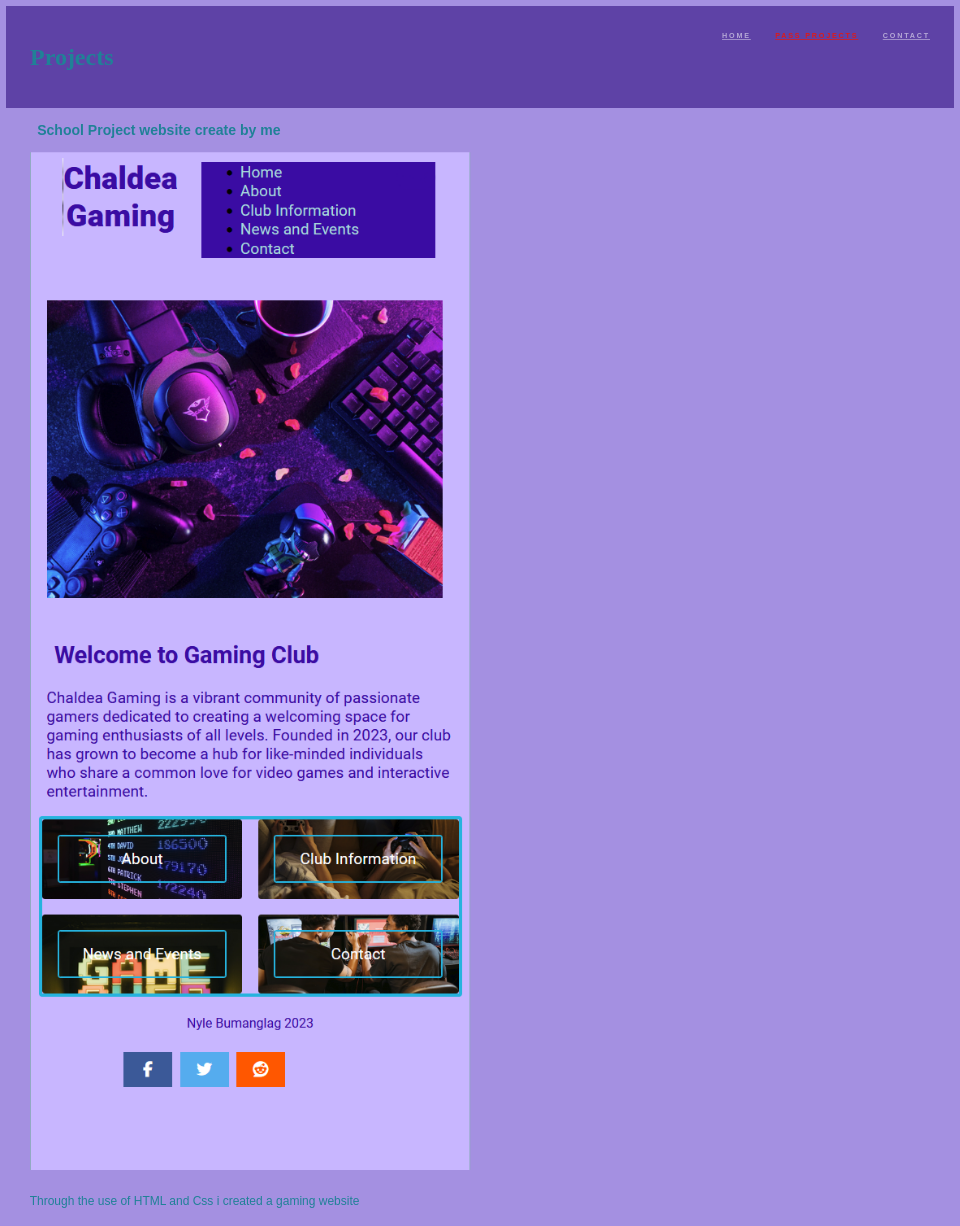
Repository: NyleNC/main
Page: projects.html
These files come from the project's save history. The page is drawn as it stood at one moment and after the next save; the edit follows.
The browser window is 1280 px wide. The pictures show the whole page, at 75% of full size.
Some web fonts or font styles are not loaded; a fallback is used.

Above is the page before, as saved 2024-11-07 00:49:25.

After the next save:
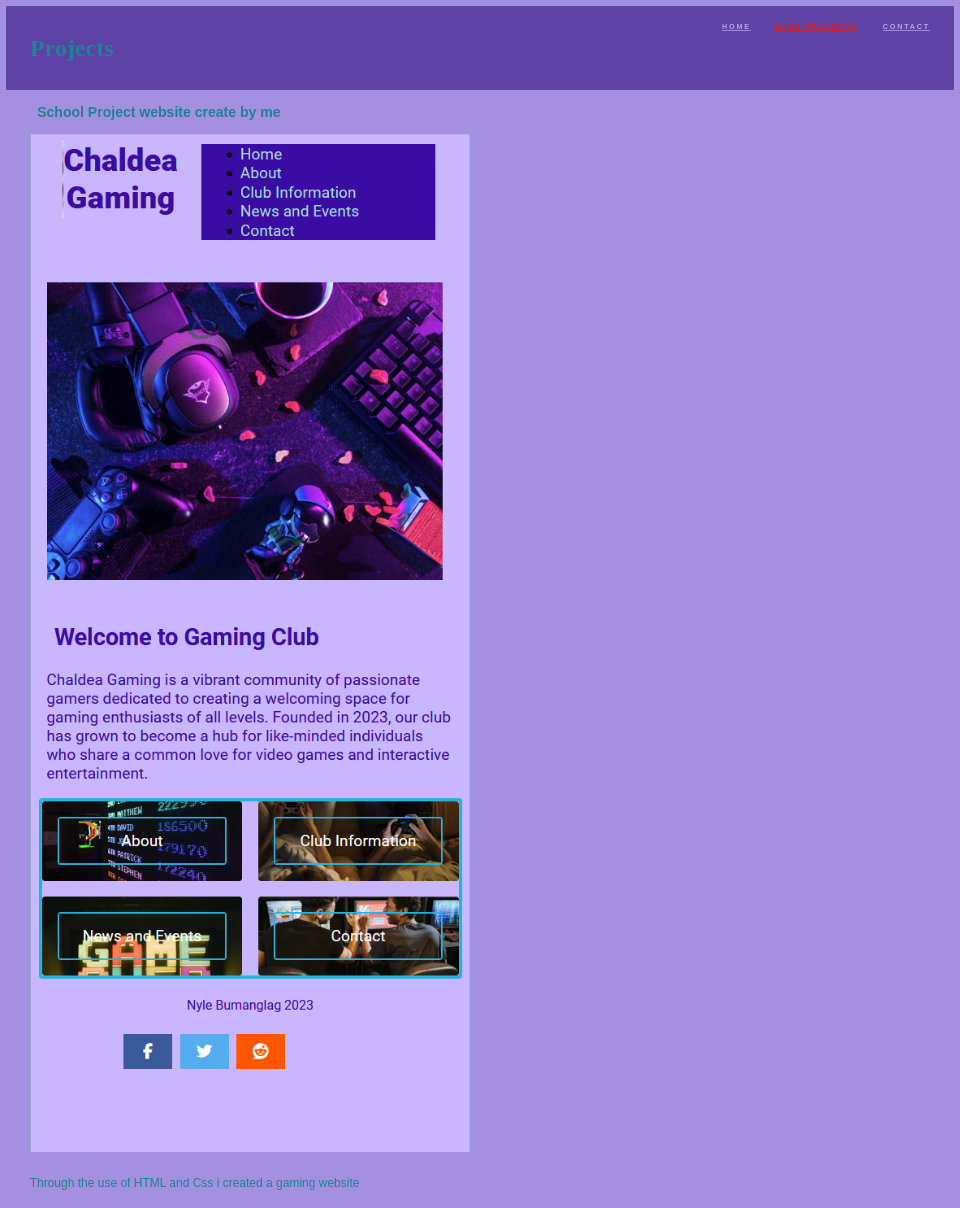
Saved 34 s later.
--- a/style.css
+++ b/style.css
@@ -19,7 +19,7 @@ display: -ms-flex;
 display: flex;
 background-color: #5e42a6;
 cursor: default;
-padding: 1.75em 2em;
+padding: 1em 2em;
 }
 
 #header > .title {
